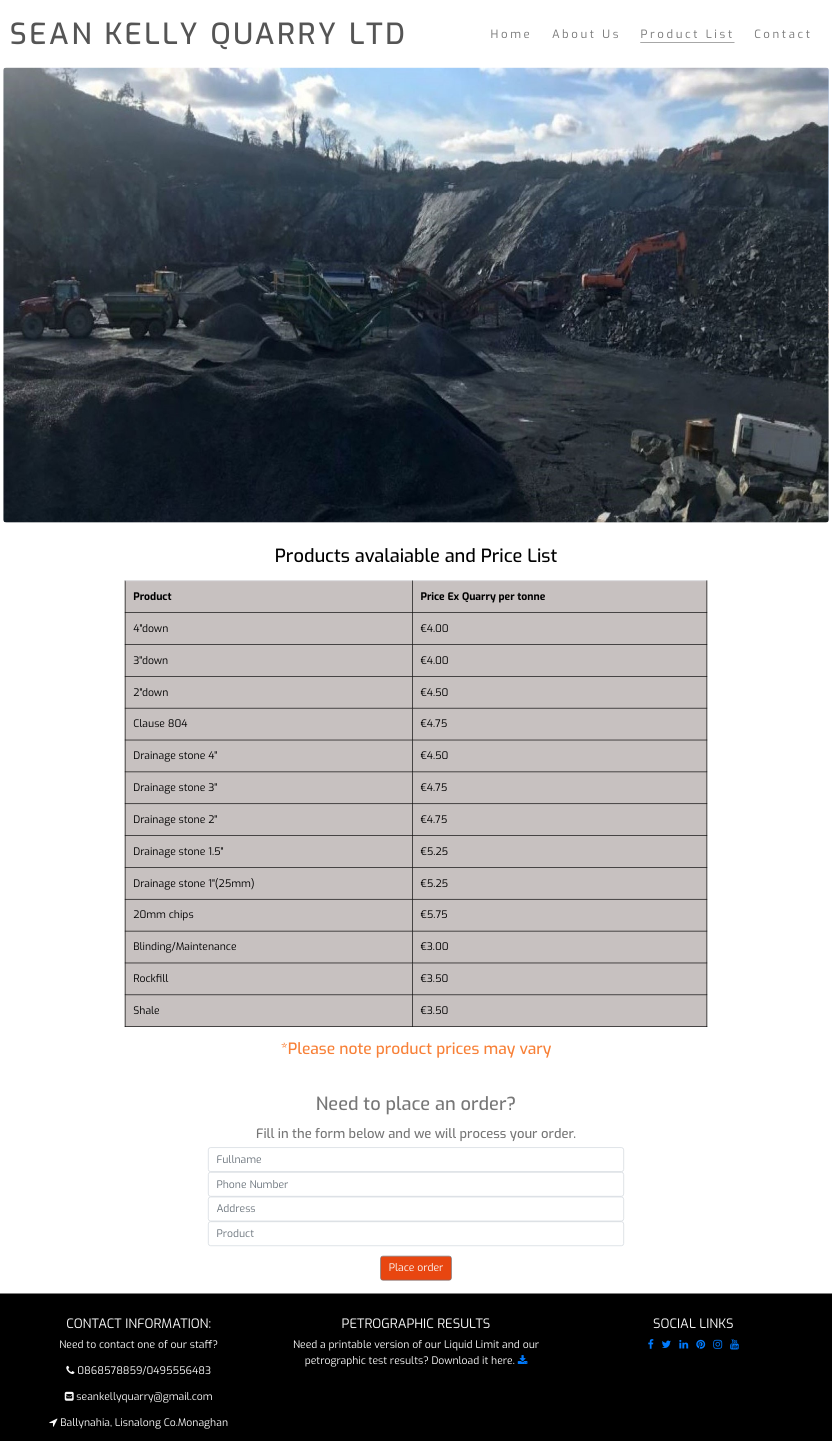
Repository: Code-Institute-Submissions/Sean-Kelly-Quarry
Page: product-list.html
The author's editor kept a record of every edit. The page is drawn from the files as they stood at one moment, then again after the next edit.
The browser window is 1280 px wide. The pictures show the whole page, at 65% of full size.

Above is the page before.

After the next edit:
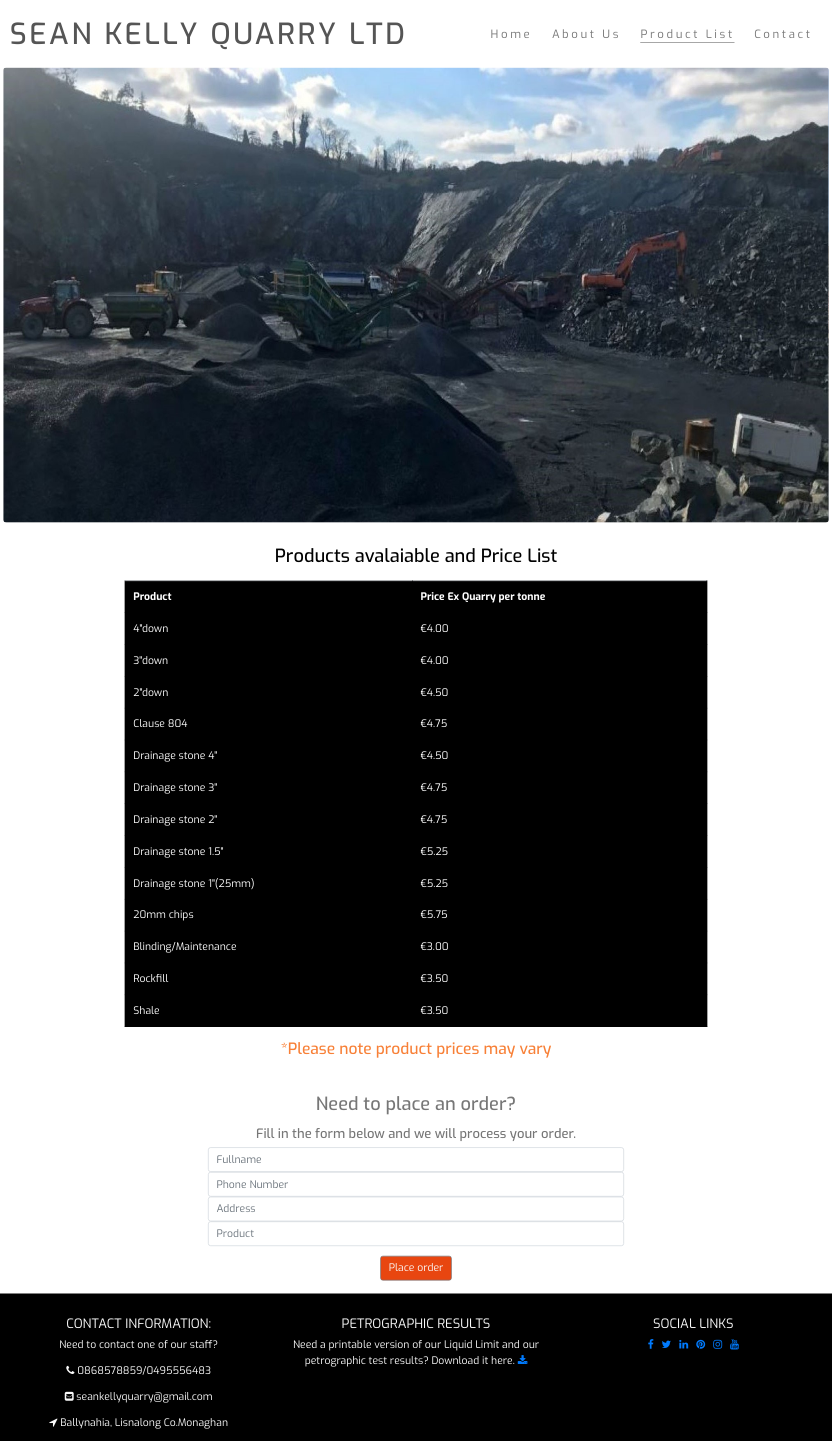
The edit:
--- a/assets/css/style.css
+++ b/assets/css/style.css
@@ -143,8 +143,8 @@
     margin-right: auto;
     margin-top: 20px;
     margin-bottom: 20px;
-    background-color: #c7c1c0;
-    color: #000000;
+    background-color: #000000;
+    color: #ffffff;
     border-collapse: collapse;
 }
 
